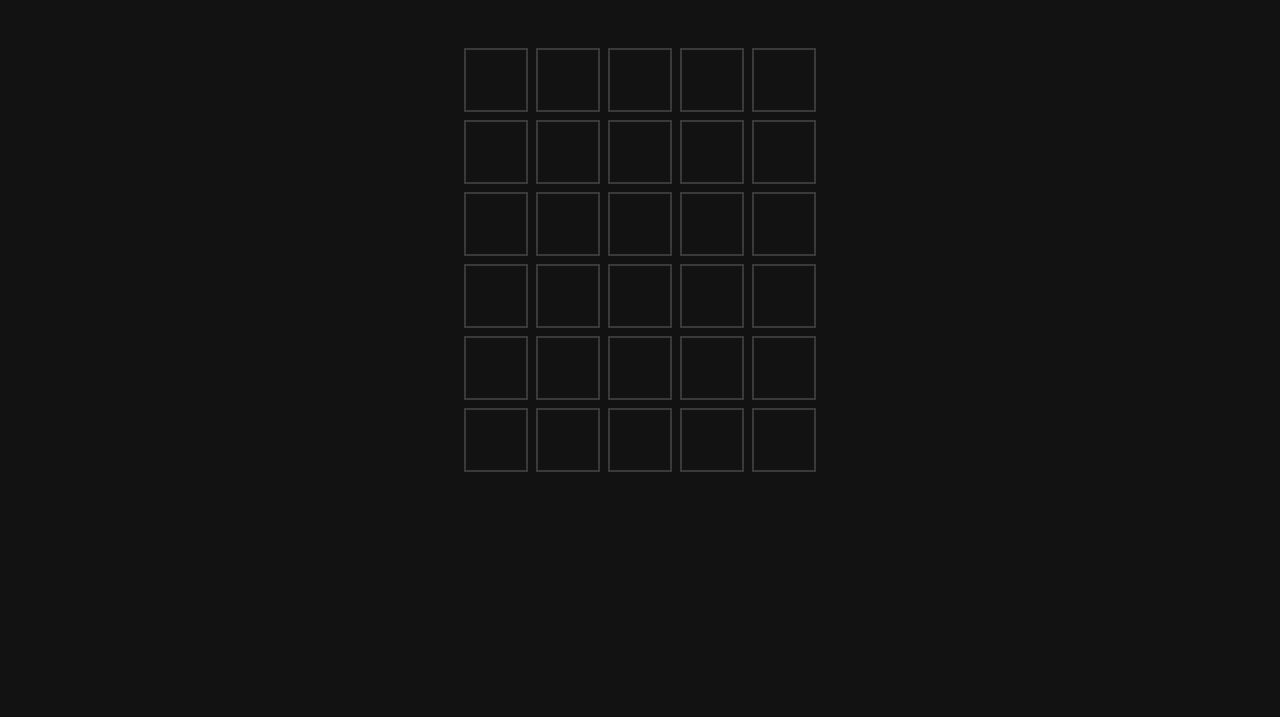
Repository: maxempolk/wordle-app
Page: / (app in frontend/)
The author's editor kept a copy of each file at every save. The page is drawn from the files as they stood at one save, then again after the next save.
The browser window is 1280 px wide. The pictures show the whole page.
The project was rebuilt for these pictures with package versions that can differ from the ones it lists, and the page was loaded fresh each time. Also part of the build but not shown: frontend/vite.config.ts.

Above is the page before, as saved 2025-02-19 03:33:04.

After the next save:
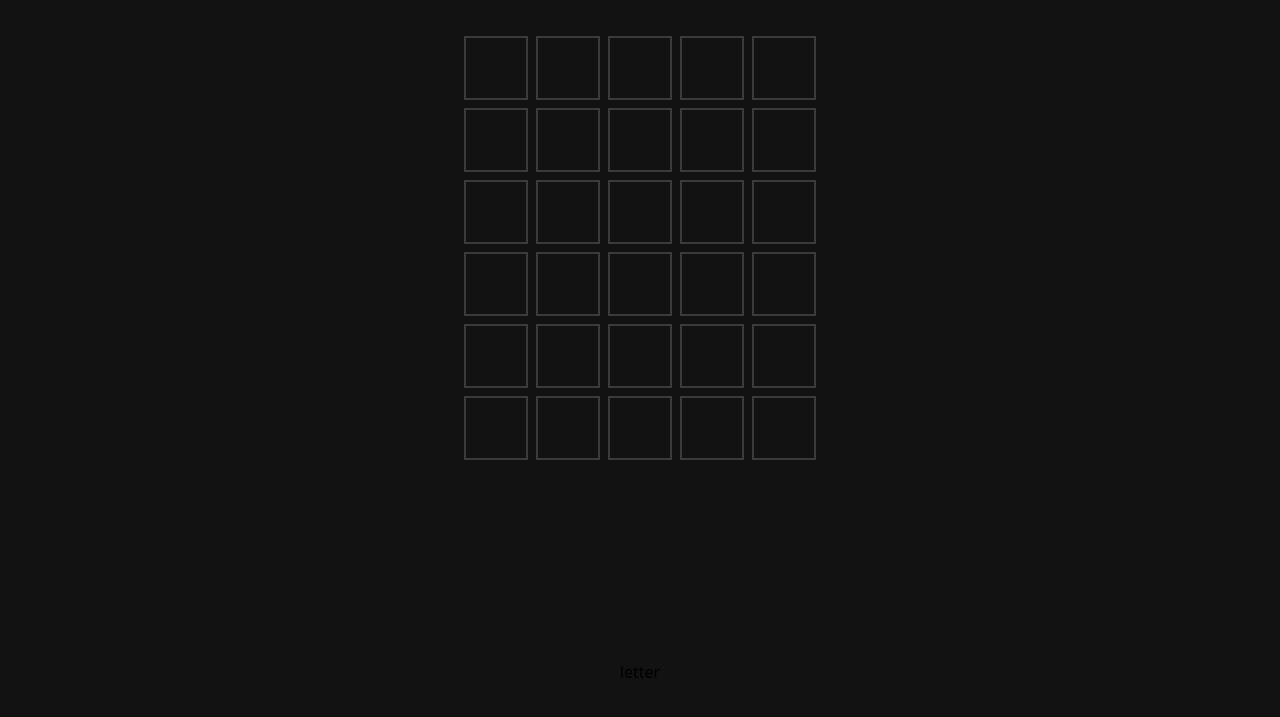
Saved 21 s later.
--- a/frontend/src/components/TheKeyboard.vue
+++ b/frontend/src/components/TheKeyboard.vue
@@ -3,5 +3,7 @@ const alph = ['QWERTYUIOP', 'ASDFGHJKL', 'ZXCVBNM']
 </script>
 
 <template>
-  <div class="flex gap-2"></div>
+  <div class="flex gap-2">
+    <div class="flex">letter</div>
+  </div>
 </template>
